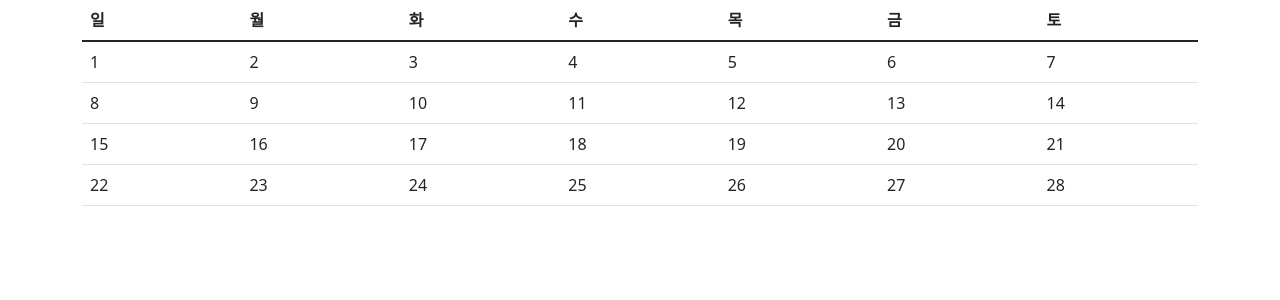
Repository: Visionary1/fullstack-dev-study
Page: http://localhost/Test/lesson02/quiz10.jsp
These files come from the project's save history. The page is drawn as it stood at one moment and after the next save; the edit follows.
The browser window is 1280 px wide. The pictures show the whole page.
The page is served by Tomcat 9.

Above is the page before, as saved 2022-02-13 16:01:06.

### 4_servlet/workspace/Test/src/main/webapp/lesson02/quiz10.jsp
<%@ page language="java" contentType="text/html; charset=UTF-8" pageEncoding="UTF-8"%>

<%@ page import="java.util.*"%>

<!DOCTYPE html>
<html>
<head>
<meta charset="UTF-8">
<title>Insert title here</title>
<link href="https://cdn.jsdelivr.net/npm/bootstrap@5.1.3/dist/css/bootstrap.min.css" rel="stylesheet">
<script src="https://cdn.jsdelivr.net/npm/bootstrap@5.1.3/dist/js/bootstrap.bundle.min.js"></script>
</head>
<body>

	<%
	Calendar cal = Calendar.getInstance();

	Integer weekSize = cal.getActualMaximum(Calendar.WEEK_OF_MONTH);
	Integer days = cal.getActualMaximum(Calendar.DATE);
	Integer lastDay = cal.getActualMaximum(Calendar.DATE);

	HashMap<Integer, String> dayOfWeek = new HashMap<>();
	dayOfWeek.put(1, "일");
	dayOfWeek.put(2, "월");
	dayOfWeek.put(3, "화");
	dayOfWeek.put(4, "수");
	dayOfWeek.put(5, "목");
	dayOfWeek.put(6, "금");
	dayOfWeek.put(7, "토");

	Collection<String> values = dayOfWeek.values();
	%>

	<div class="container">
		<table class="table">
			<thead>
				<tr>
				<%
				for (String day : values) {
				%>
				<th><%= day %></th>

				<%
				}
				%>
				</tr>
			</thead>
			<tbody>

			<%
			for (int i = 0; i < weekSize - 1; i++) {
			%>

			<tr>

			<%
			for (int j = 0; j < 7; j++) {
				if (((i * 7) + (j + 1)) > lastDay) {
					break;
				}
			%>

			<td><%= (i * 7) + (j + 1) %></td>

			<%
			}
			%>

			</tr>

			<%
			}
			%>
			</tbody>
		</table>
	</div>



</body>
</html>

After the next save:
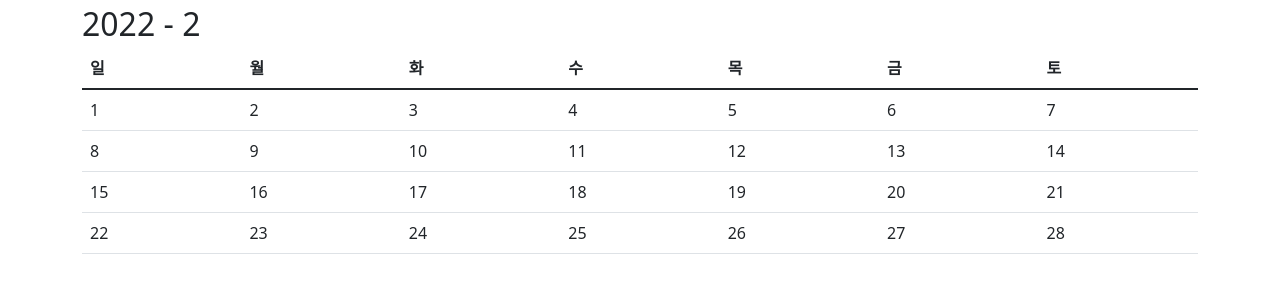
Saved 33 s later.
--- a/4_servlet/workspace/Test/src/main/webapp/lesson02/quiz10.jsp
+++ b/4_servlet/workspace/Test/src/main/webapp/lesson02/quiz10.jsp
@@ -32,6 +32,9 @@
 	%>
 
 	<div class="container">
+
+		<div class="fw-light fs-2"><%=cal.get(Calendar.YEAR) + " - " + Integer.valueOf(cal.get(Calendar.MONTH) + 1) %></div>
+
 		<table class="table">
 			<thead>
 				<tr>
